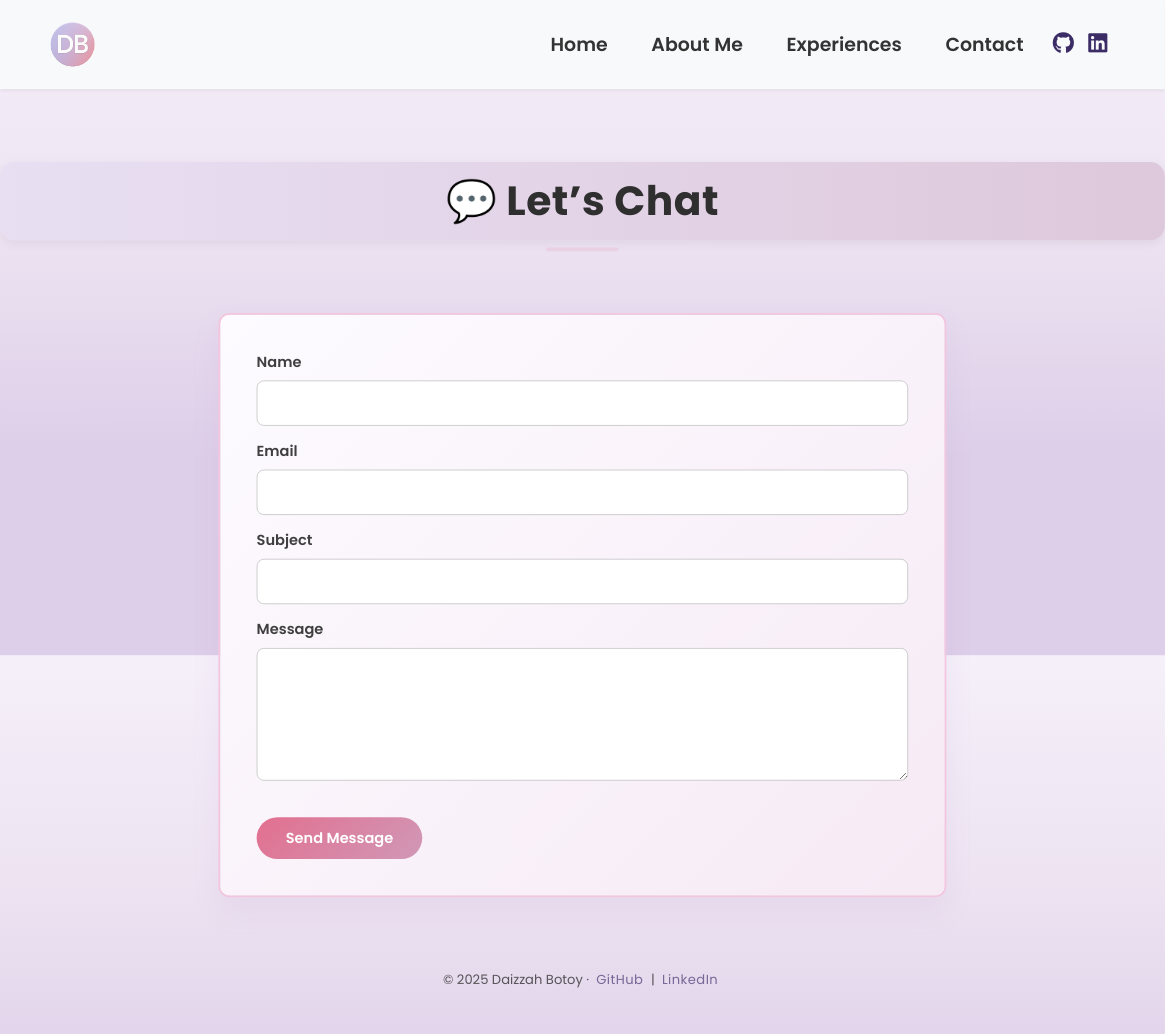
Repository: daizzah/daizzah-portfolio
Page: html/contact.html
An editor plug-in stored every save of this project. The page is shown before and after the next save, followed by the edit.
The browser window is 1280 px wide. The pictures show the whole page, at 91% of full size.
Backgrounds fixed to the window are drawn as part of the page.

Above is the page before, as saved 2025-04-03 01:15:33.

After the next save:
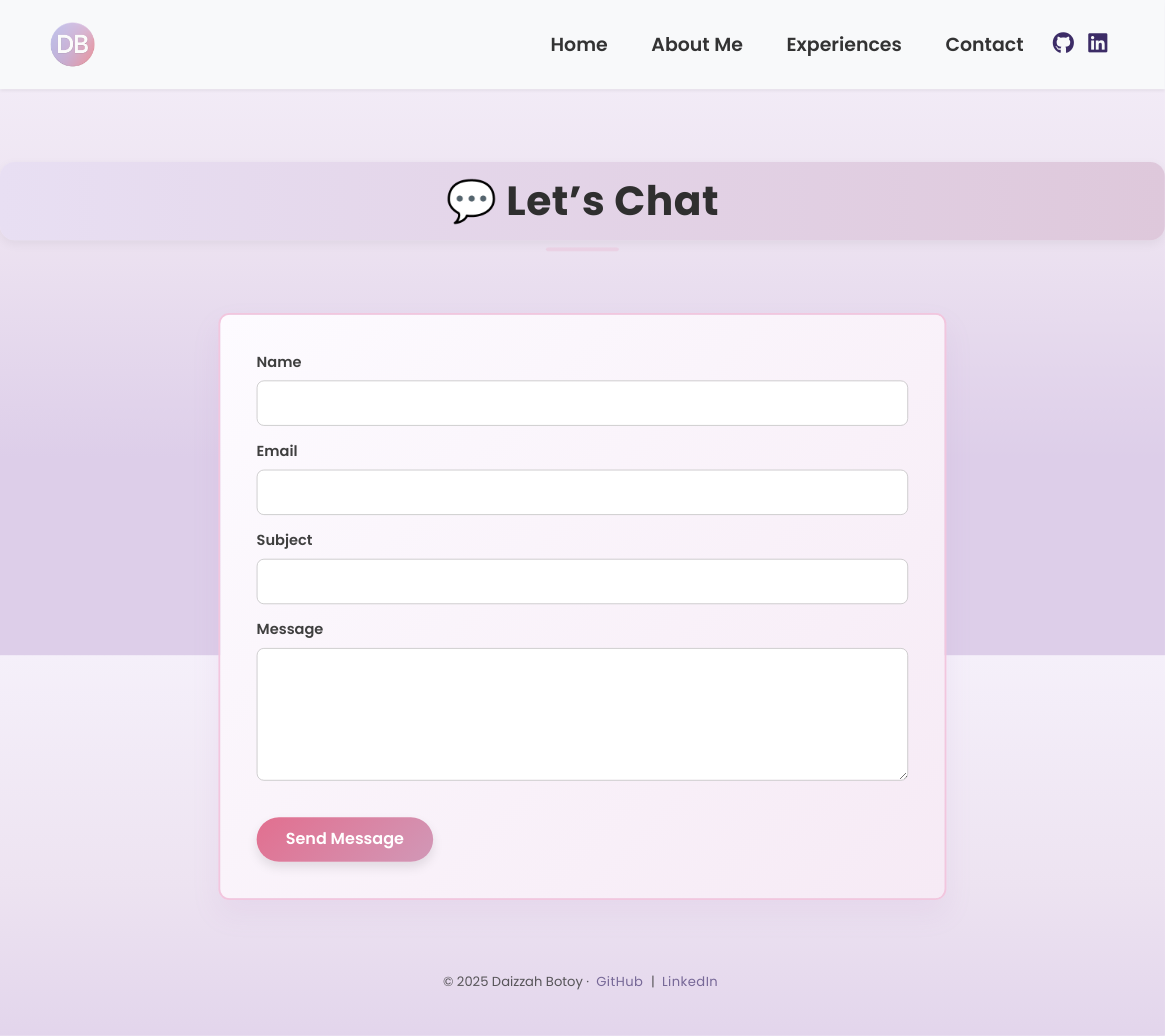
Saved 54 s later.
--- a/html/contact.html
+++ b/html/contact.html
@@ -125,7 +125,7 @@
             required
           ></textarea>
         </div>
-        <button type="submit">Send Message</button>
+        <button type="submit" class="pretty-button">Send Message</button>
       </form>
       <div id="thank-you" class="custom-thanks fade-in" style="display: none">
         <h2>🎉 Thanks for reaching out!</h2>
